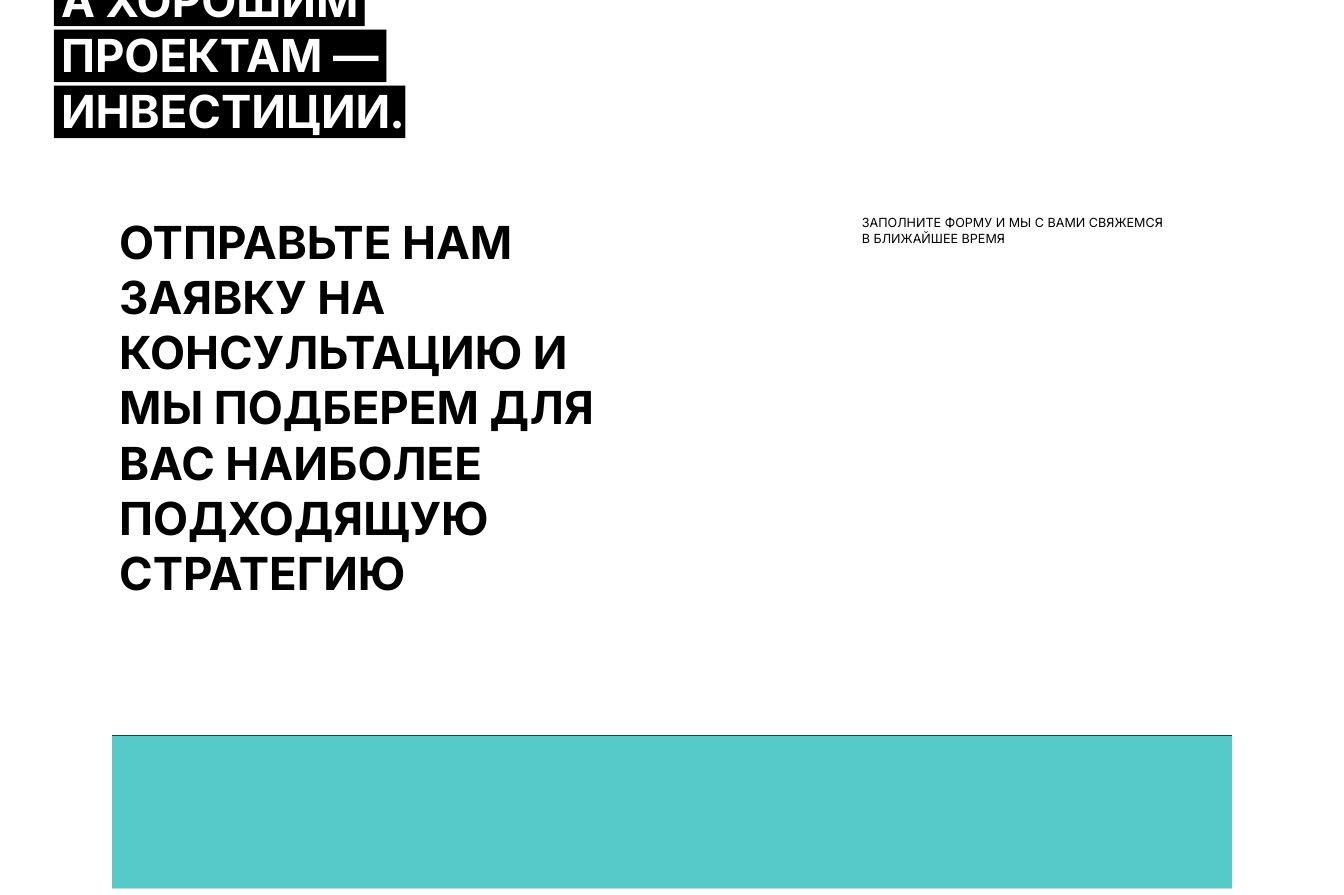
Repository: NadyaKorvin/frontiers
Page: /
An editor plug-in stored every save of this project. The page is shown before and after the next save, followed by the edit.
The browser window is 1280 px wide. The page is 1920 px wide, so the pictures cover 1920 px, including what lies to the right of the window. The pictures show the part of the page from y = 1355 to 2635 px (the page is 2633 px tall before and 2635 px after), at 70% of full size.
The project was rebuilt for these pictures with package versions that can differ from the ones it lists, and the page was loaded fresh each time.

Above is the page before, as saved 2022-05-23 14:30:55.

### public/index.html
<!DOCTYPE html>
<html lang="en">
  <head>
    <meta charset="utf-8" />
    <link rel="icon" href="%PUBLIC_URL%/favicon.ico" />
    <meta name="viewport" content="width=device-width, initial-scale=1" />
    <meta name="theme-color" content="#000000" />
    <meta name="description" content="Web site created using create-react-app" />
    <link rel="apple-touch-icon" href="%PUBLIC_URL%/logo192.png" />
    <link rel="manifest" href="%PUBLIC_URL%/manifest.json" />
    <link rel="preconnect" href="https://fonts.googleapis.com" />
    <link rel="preconnect" href="https://fonts.gstatic.com" crossorigin />
    <link href="https://fonts.googleapis.com/css2?family=Inter:wght@300;400;500;700&display=swap" rel="stylesheet" />
    <title>FRONTIERS</title>
  </head>
  <body>
    <noscript>You need to enable JavaScript to run this app.</noscript>
    <div id="root"></div>
  </body>
</html>

### src/index.js
import React from "react"
import ReactDOM from "react-dom/client"

import App from "./App"

const root = ReactDOM.createRoot(document.getElementById("root"))
root.render(
  <React.StrictMode>
    <App />
  </React.StrictMode>
)

### src/App.js
import { useState } from "react";
import "./App.css";
import { SecondScreenAnimation } from "./components/secondScreen/SecondScreenAnimation";
import FirstScreenAnimation from "./components/firstScreen/FirstScreenAnimation";
import LastScreenAnimation from "./components/lastScreen/LastScreenAnimation"

function App() {
  const [mousePosition, setMousePosition] = useState("");

  const listenUpperMousePosition = (event) => {
    console.log(event);
    console.log(event.target);
    setMousePosition(event.target);
  };

  return (
    <>
      <FirstScreenAnimation />
      <div className="App">
        <SecondScreenAnimation listenMousePosition={listenUpperMousePosition} />
      </div>
      <LastScreenAnimation />
    </>
  );
}
export default App;

### src/App.css
@import url("./reset.css");
@import url("./components/secondScreen/SecondScreen.css");
@import url("./font/font.css");

body {
  font-family: "Inter";
}

### src/components/secondScreen/SecondScreenAnimation.js
export function SecondScreenAnimation({ listenMousePosition, mousePosition }) {
  let goUp = ""
  const goUpBlackLines = (mousePosition) => {
    if (mousePosition === "animation__text_first_part") {
      goUp = "up"
      return goUp
    }
  }
  goUpBlackLines(mousePosition)
  console.log(goUp)
  return (
    <div className="animation__text_block">
      {goUp != "up" ? (
        <div>
          <div className="animation__text" onMouseOver={listenMousePosition}>
            <p className="animation__text_first_part">Инвесторам сложно найти хорошие проекты,</p>
            <p className="animation__text_second_part">а хорошим проектам — инвестиции.</p>
          </div>
          <div className="animation__black_lines">
            <div className="animation__1th_black_line"></div>
            <div className="animation__2th_black_line"></div>
            <div className="animation__3th_black_line"></div>
          </div>
        </div>
      ) : (
        <div>
          <div className="animation__text" onMouseOver={listenMousePosition}>
            <p className="animation__text_first_part" style={{ color: "#fff" }}>
              Инвесторам сложно найти хорошие проекты,
            </p>
            <p className="animation__text_second_part" style={{ color: "#000" }}>
              а хорошим проектам — инвестиции.
            </p>
          </div>
          <div className="animation__black_lines">
            <div className="animation__1th_black_line" style={{ width: "484px", marginTop: "-475px" }}></div>
            <div className="animation__2th_black_line" style={{ width: "586px" }}></div>
            <div className="animation__3th_black_line" style={{ width: "722px" }}></div>
          </div>
        </div>
      )}
    </div>
  )
}

### src/components/firstScreen/FirstScreenAnimation.js
import React from "react";
import style from "./FirstScreen.module.css";
import image from "../../images/image.webp"

export default function FirstScreenAnimation() {
  const pointer = (
    <svg
      width="8"
      height="101"
      viewBox="0 0 8 101"
      fill="none"
      xmlns="http://www.w3.org/2000/svg"
    >
      <path
        d="M4.35355 100.356C4.15829 100.551 3.84171 100.551 3.64645 100.356L0.464466 97.1735C0.269204 96.9783 0.269204 96.6617 0.464466 96.4664C0.659728 96.2712 0.976311 96.2712 1.17157 96.4664L4 99.2948L6.82843 96.4664C7.02369 96.2712 7.34027 96.2712 7.53553 96.4664C7.7308 96.6617 7.7308 96.9783 7.53553 97.1735L4.35355 100.356ZM3.5 100.002L3.5 0.00195312H4.5L4.5 100.002H3.5Z"
        fill="black"
      />
    </svg>
  );

  return (
    <>
      <section className={style.first__screen}>
        <div className={style.header}>
          <div className={style.logotype}>FRONTIERS</div>
          <nav className={style.nav__sidebar}>
            <ul>Агенство</ul>
            <ul>Кейсы</ul>
            <ul>Услуги</ul>
            <ul>Контакты</ul>
          </nav>
          <div className={style.button}>
            <p className={style.text__btn}>Получить консультацию</p>
          </div>
        </div>
        <div className={style.content}>
          <p>ИНВЕСТИЦИИ</p>
          <p>НЕ</p>
          <p>СЛОЖНО</p>
          <p>
            Мы помогли заработать более 50 млн рублей частным инвесторам в 2021
            году на вложениях в российский бизнес
          </p>
          <p>ПРОКРУТИ ВНИЗ</p>
          <div className={style.content__pointer}>{pointer}</div>
          <img src={image} alt="" />
        </div>
      </section>
    </>
  );
}

### src/components/lastScreen/LastScreenAnimation.js
import React from "react";
import style from "./LastScreen.module.css";

export default function LastScreenAnimation() {
  return (
    <>
      <section className={style.last__screen}>
        <div className={style.wrapper}>
          <div className={style.left__content}>
            <p>
              ОТПРАВЬТЕ НАМ ЗАЯВКУ НА КОНСУЛЬТАЦИЮ И МЫ ПОДБЕРЕМ ДЛЯ ВАС
              НАИБОЛЕЕ ПОДХОДЯЩУЮ СТРАТЕГИЮ
            </p>
          </div>
          <div className={style.right__content}>
            <div className={style.text__form}>
              <p>ЗАПОЛНИТЕ ФОРМУ И МЫ С ВАМИ СВЯЖЕМСЯ В БЛИЖАЙШЕЕ ВРЕМЯ</p>
            </div>
            <form>

            </form>
          </div>
        </div>
        <div className={style.footer}>
            <div className={style.contact}>
                <p></p>
                <p></p>
                <p></p>
            </div>
            <div className={style.design}></div>
            <div className={style.frontiers}></div>
        </div>
      </section>
    </>
  );
}

### src/reset.css
html,
body,
div,
span,
applet,
object,
iframe,
h1,
h2,
h3,
h4,
h5,
h6,
p,
blockquote,
pre,
a,
abbr,
acronym,
address,
big,
cite,
code,
del,
dfn,
em,
img,
ins,
kbd,
q,
s,
samp,
small,
strike,
strong,
sub,
sup,
tt,
var,
b,
u,
i,
center,
dl,
dt,
dd,
ol,
ul,
li,
fieldset,
form,
label,
legend,
table,
caption,
tbody,
tfoot,
thead,
tr,
th,
td,
article,
aside,
canvas,
details,
embed,
figure,
figcaption,
footer,
header,
hgroup,
menu,
nav,
output,
ruby,
section,
summary,
time,
mark,
audio,
video {
  margin: 0;
  padding: 0;
  border: 0;
  font-size: 100%;
  font: inherit;
  vertical-align: baseline;
}

:focus {
  outline: 0;
}

article,
aside,
details,
figcaption,
figure,
footer,
header,
hgroup,
menu,
nav,
section {
  display: block;
}

body {
  line-height: 1;
}

ol,
ul {
  list-style: none;
}

blockquote,
q {
  quotes: none;
}

blockquote:before,
blockquote:after,
q:before,
q:after {
  content: "";
  content: none;
}

table {
  border-collapse: collapse;
  border-spacing: 0;
}

input[type="search"]::-webkit-search-cancel-button,
input[type="search"]::-webkit-search-decoration,
input[type="search"]::-webkit-search-results-button,
input[type="search"]::-webkit-search-results-decoration {
  -webkit-appearance: none;
  -moz-appearance: none;
}

input[type="search"] {
  -webkit-appearance: none;
  -moz-appearance: none;
  -webkit-box-sizing: content-box;
  -moz-box-sizing: content-box;
  box-sizing: content-box;
}

textarea {
  overflow: auto;
  vertical-align: top;
  resize: vertical;
}

[hidden] {
  display: none;
}

html {
  font-size: 100%; /* 1 */
  -webkit-text-size-adjust: 100%; /* 2 */
  -ms-text-size-adjust: 100%; /* 2 */
}

a:focus {
  outline: thin dotted;
}

a:active,
a:hover {
  outline: 0;
}

img {
  border: 0;
  -ms-interpolation-mode: bicubic;
}

figure {
  margin: 0;
}

form {
  margin: 0;
}

fieldset {
  border: 1px solid #c0c0c0;
  margin: 0 2px;
  padding: 0.35em 0.625em 0.75em;
}

legend {
  border: 0; /* 1 */
  padding: 0;
  white-space: normal; /* 2 */
  *margin-left: -7px; /* 3 */
}

button,
input,
select,
textarea {
  font-size: 100%; /* 1 */
  margin: 0; /* 2 */
  vertical-align: baseline; /* 3 */
  *vertical-align: middle; /* 3 */
}

button,
input {
  line-height: normal;
}

button,
select {
  text-transform: none;
}

button,
html input[type="button"], /* 1 */
input[type="reset"],
input[type="submit"] {
  -webkit-appearance: button; /* 2 */
  cursor: pointer; /* 3 */
  *overflow: visible; /* 4 */
}

button[disabled],
html input[disabled] {
  cursor: default;
}

input[type="checkbox"],
input[type="radio"] {
  box-sizing: border-box; /* 1 */
  padding: 0; /* 2 */
  *height: 13px; /* 3 */
  *width: 13px; /* 3 */
}

input[type="search"] {
  -webkit-appearance: textfield; /* 1 */
  -moz-box-sizing: content-box;
  -webkit-box-sizing: content-box; /* 2 */
  box-sizing: content-box;
}

input[type="search"]::-webkit-search-cancel-button,
input[type="search"]::-webkit-search-decoration {
  -webkit-appearance: none;
}

button::-moz-focus-inner,
input::-moz-focus-inner {
  border: 0;
  padding: 0;
}

textarea {
  overflow: auto; /* 1 */
  vertical-align: top; /* 2 */
}

table {
  border-collapse: collapse;
  border-spacing: 0;
}

html,
button,
input,
select,
textarea {
  color: #222;
}

::-moz-selection {
  background: #b3d4fc;
  text-shadow: none;
}

::selection {
  background: #b3d4fc;
  text-shadow: none;
}

img {
  vertical-align: middle;
}

fieldset {
  border: 0;
  margin: 0;
  padding: 0;
}

textarea {
  resize: vertical;
}

.chromeframe {
  margin: 0.2em 0;
  background: #ccc;
  color: #000;
  padding: 0.2em 0;
}

### src/components/secondScreen/SecondScreen.css
.second__screen_main {
  display: flex;
  justify-content: space-between;
  margin: 0 auto;
  margin-top: 174px;
  /* придкмать решение сделать по центру*/
  display: flex;
  width: 1600px;
  height: 733px;
}

.animation__text_block {
  display: block;
  margin-left: 87px;
}

.animation__text_first_part,
.animation__text_second_part {
  width: 770px;
  text-transform: uppercase;
  font-size: 65px;
  font-weight: 700;
  line-height: 79px;
  transition: 0.6s ease-out;
}

.animation__text_second_part {
  color: #fff;
}

.animation__black_lines {
  margin-left: -10px;
  margin-top: -236px;
}

.animation__1th_black_line {
  margin-bottom: 5px;
  height: 75px;
  width: 444px;
  background-color: #000;
  transition: 0.6s ease-out;
}

.animation__2th_black_line {
  margin-bottom: 5px;
  height: 75px;
  width: 475px;
  background-color: #000;
  transition: 0.6s ease-out;
}
.animation__3th_black_line {
  height: 75px;
  width: 502px;
  background-color: #000;
  transition: 0.6s ease-out;
}

.right__part {
  display: flex;
  margin-left: 190px;
  flex-direction: column;
}

.conversation__image {
  margin-right: 222px;
  display: block;
  width: 400px;
  height: 400px;
  background: url("../secondScreen/people.png");
}

.decoration_marks {
  margin-top: -110px;
  transform: rotate(-180deg);
  font-size: 200px;
  font-weight: 300;
}

.text_paragraph {
  margin-left: 90px;
  width: 431px;
  font-size: 18px;
  font-weight: 400;
  line-height: 23px;
  text-transform: uppercase;
  line-height: 130%;
}

### src/font/font.css
@font-face {
  font-family: "Inter";
  src:
    url("./Inter-Bold.ttf") format("truetype")
    url("./Inter-Bold.woff2") format("woff2"),
    url("./Inter-Bold.woff") format("woff");
  font-weight: 700;
  font-style: normal;
  font-stretch: normal;
  unicode-range: U+0020-E0D0;
}

@font-face {
  font-family: "Inter";
  src:
    url("./Inter-Regular.woff2") format("woff2"),
    url("./Inter-Regular.ttf") format("truetype")
    url("./Inter-Regular.woff") format("woff");
  font-weight: 400;
  font-style: normal;
  font-stretch: normal;
  unicode-range: U+0020-E0D0;
}

@font-face {
    font-family:'Inter Medium';
    src:
        url("./Inter-Medium.ttf") format("truetype")
        url('Inter-Medium.woff2') format('woff2'),
		url('Inter-Medium.woff') format('woff');
    font-weight: 500;
    font-style: normal;
    font-stretch: normal;
    unicode-range: U+0020-E0D0;
}

@font-face {
    font-family:'Inter Light';
    src:
        url("./Inter-Light.ttf") format("truetype")
        url('Inter-Light.woff2') format('woff2'),
		url('Inter-Light.woff') format('woff');
    font-weight: 300;
    font-style: normal;
    font-stretch: normal;
    unicode-range: U+0020-E0D0;
}

### src/components/firstScreen/FirstScreen.module.css
.first__screen {
  width: 1920px;
  height: 1080px;
}

.header {
  width: 1600px;
  height: 82px;
  margin: 0 160px;
  border-bottom: 1px solid #000000;
  display: flex;
}

.logotype {
  width: 151px;
  height: 30px;
  padding-top: 27px;
  font-family: "Inter";
  font-style: normal;
  font-weight: 700;
  font-size: 25px;
  line-height: 30px;
  letter-spacing: 0.05em;
  color: #000000;
}

.nav__sidebar {
  display: flex;
  justify-content: space-between;
  width: 473px;
  padding-top: 33px;
  padding-left: 633px;
}

.button {
  position: absolute;
  width: 243px;
  height: 45px;
  left: 1517px;
  top: 19px;
  background: #000000;
}

.text__btn {
  padding-top: 12px;
  padding-bottom: 12px;
  font-family: "Inter";
  font-style: normal;
  font-weight: 500;
  font-size: 16px;
  line-height: 19px;
  text-align: center;
  color: #ffffff;
}

.content > p {
  position: absolute;
  font-family: "Inter";
  font-style: normal;
  font-weight: 400;
  font-size: 160px;
  line-height: 194px;
  text-transform: uppercase;
  color: #000000;
}

p:nth-child(1) {
  top: 83px;
  left: 160px;
}

p:nth-child(2) {
  top: 285px;
  left: 1449px;
}

p:nth-child(3) {
  top: 461px;
  left: 568px;
}

p:nth-child(4) {
  width: 265px;
  height: 90px;
  top: 118px;
  left: 1464px;
  box-sizing: content-box;
  font-family: "Inter";
  font-style: normal;
  font-weight: 500;
  font-size: 14px;
  line-height: 130%;
  text-transform: uppercase;
  color: #000000;
}

p:nth-child(5) {
  position: absolute;
  width: 130px;
  height: 17px;
  left: 104px;
  top: 865px;
  font-family: "Inter";
  font-style: normal;
  font-weight: 500;
  font-size: 14px;
  line-height: 17px;
  letter-spacing: 0.05em;
  color: #000000;
  transform: rotate(-90deg);
}

.content__pointer {
    position: absolute;
    top: 876px;
    left: 187px;
}

img {
  position: absolute;
  top: 714px;
  left: 568px;
  width: 1352px;
  height: 366px;
}

### src/components/lastScreen/LastScreen.module.css
.last__screen {
  width: 1920px;
  height: 1080px;
}

.wrapper {
  position: relative;
  top: 109px;
  left: 170px;
  display: flex;
  justify-content: space-between;
  width: 1590px;
  height: 553px;
}

.left__content {
  position: relative;
  width: 775px;
  height: 553px;
  box-sizing: border-box;
  font-family: "Inter";
  font-style: normal;
  font-weight: 700;
  font-size: 65px;
  line-height: 79px;
  text-transform: uppercase;
  color: #000000;
}

.right__content {
  position: relative;
  width: 529px;
  height: 553px;
}

.text__form {
  width: 529px;
  height: 46px;
  left: 1231px;
  top: 4438px;
  font-family: "Inter";
  font-style: normal;
  font-weight: 400;
  font-size: 18px;
  line-height: 130%;
  text-transform: uppercase;
  color: #000000;
}

.footer {
    position: relative;
    margin: 300px 160px 0;
    width: 1600px;
    height: 218px;
    border-top: 1px solid #000000;
    bottom: 0px;
    display: flex;
    background-color: rgb(86, 201, 201);
}

.contact {

}

After the next save:
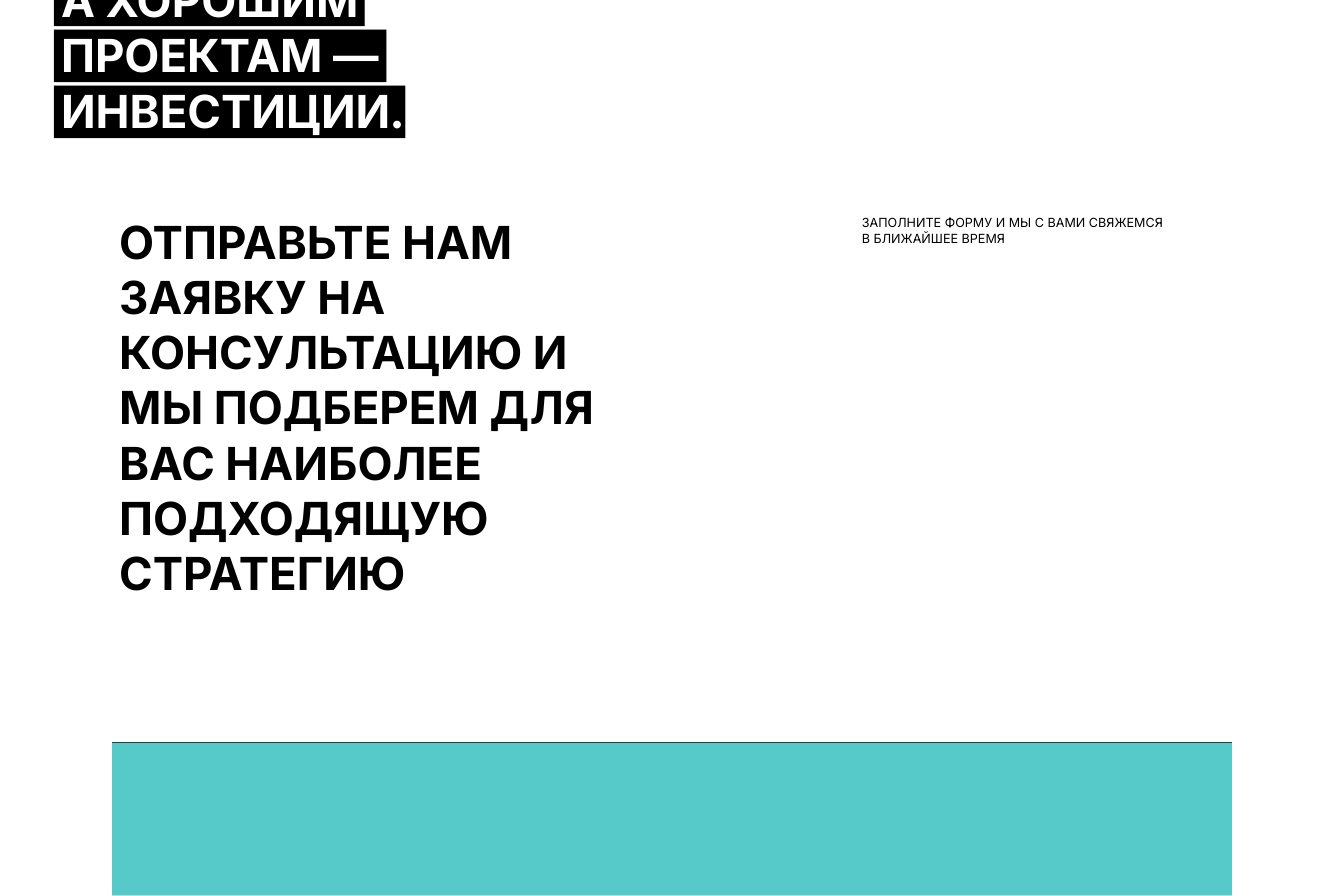
Saved 9 s later.
--- a/src/components/lastScreen/LastScreen.module.css
+++ b/src/components/lastScreen/LastScreen.module.css
@@ -49,7 +49,7 @@
 
 .footer {
     position: relative;
-    margin: 300px 160px 0;
+    margin: 310px 160px 0;
     width: 1600px;
     height: 218px;
     border-top: 1px solid #000000;
